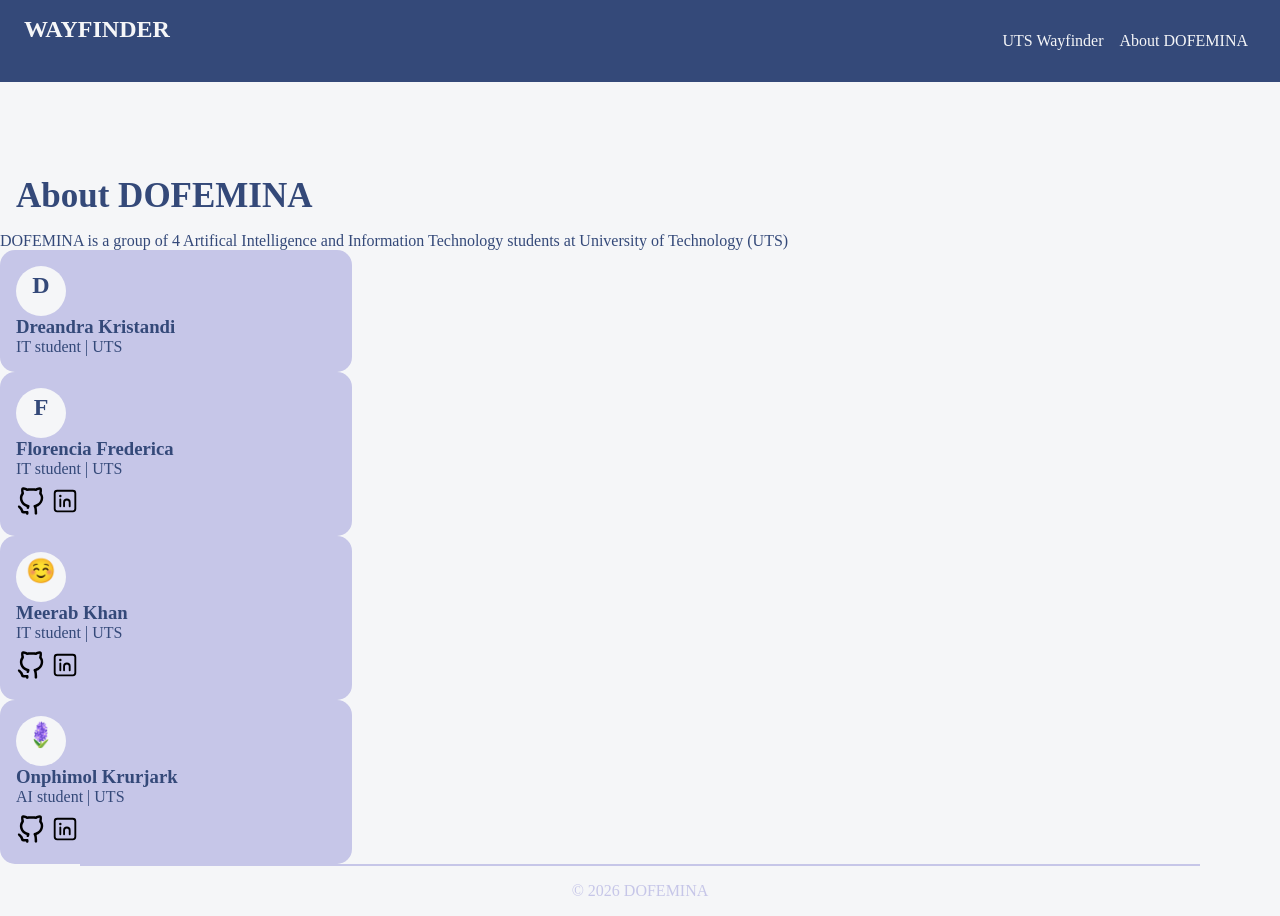
Repository: Meerab-K/uts-wayfinder
Page: html/about.html
An editor plug-in stored every save of this project. The page is shown before and after the next save, followed by the edit.
The browser window is 1280 px wide. The pictures show the whole page.
Some web fonts or font styles are not loaded; a fallback is used.

Above is the page before, as saved 2026-10-19 20:57:26.

After the next save:
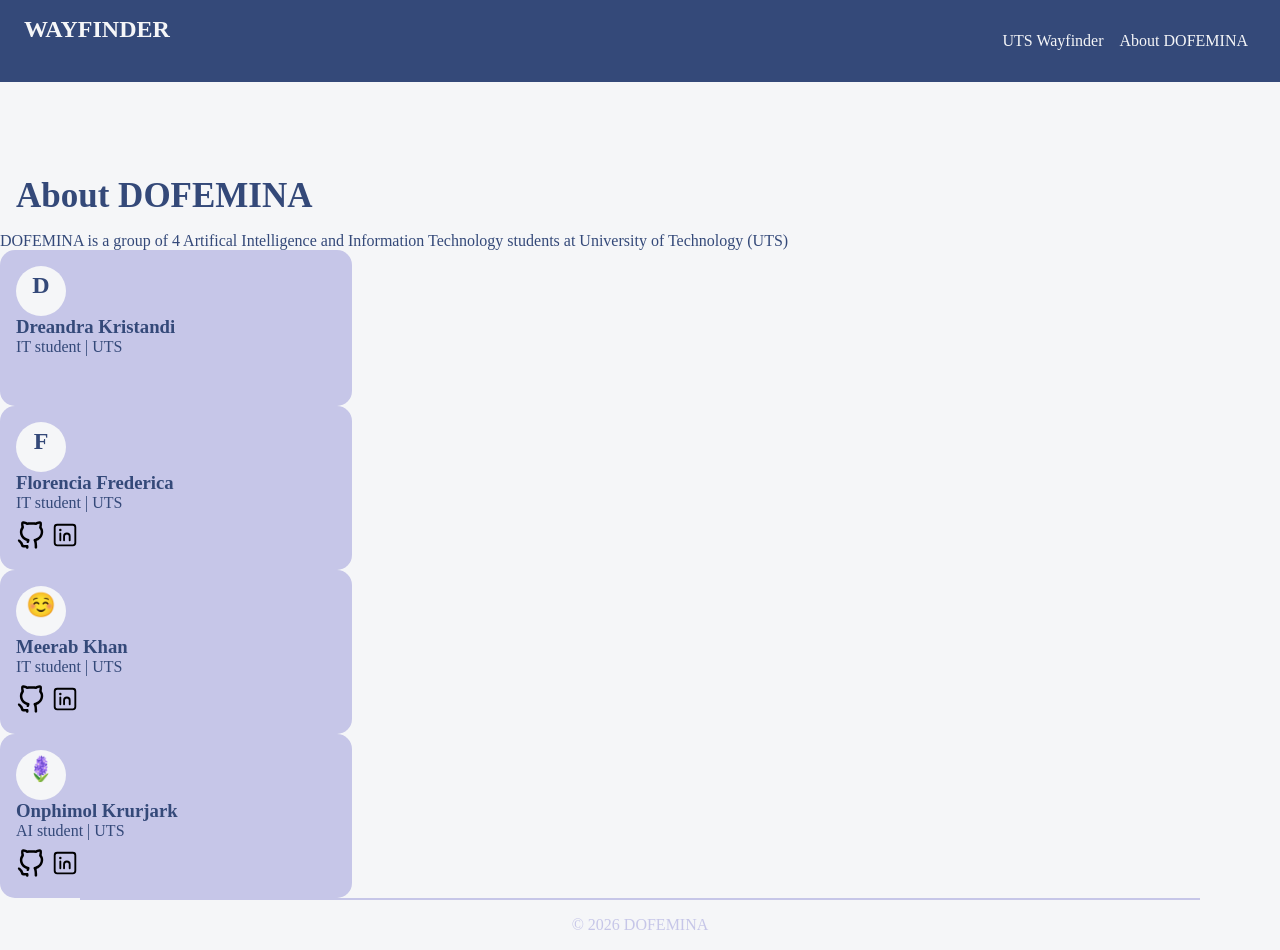
Saved 85 s later.
--- a/css/about.css
+++ b/css/about.css
@@ -40,5 +40,13 @@
     margin-top: 0.5rem;
     width: 30px;
     height: auto;
-    color: var(--primary-color);
 }
+
+.github-icon {
+    display: inline-block;
+    width: 30px;
+    height: 30px;
+
+    background-color: var(--primary-color);
+    mask: url("../svg/github.svg");
+}
